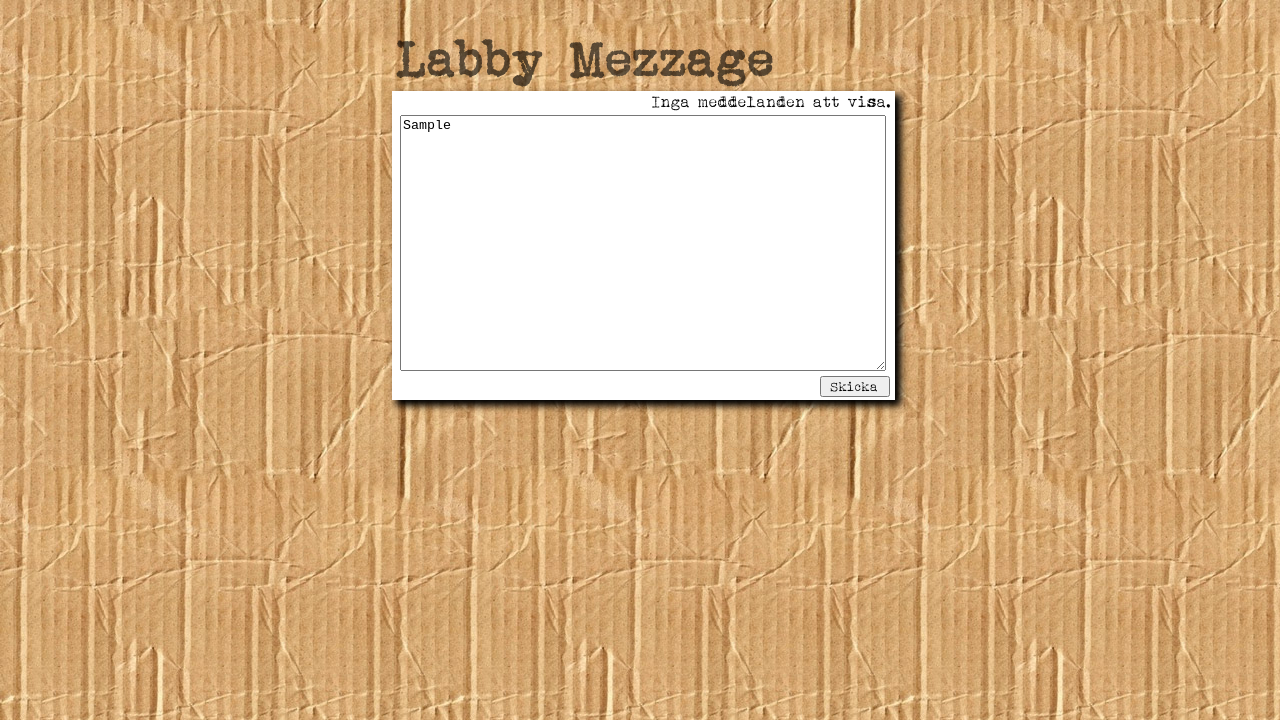
Repository: mw222rs/1dv403-laborationer
Page: 2-labbymezzage/index.html
The author's editor kept a record of every edit. The page is drawn from the files as they stood at one moment, then again after the next edit.
The browser window is 1280 px wide. The pictures show the whole page.
Empty fields were first filled with sample values (such as "Sample", 5 or name@example.com).
After loading, the first visible `#send` was clicked once.

Above is the page before.
Console error: ReferenceError: simple is not defined

After the next edit:
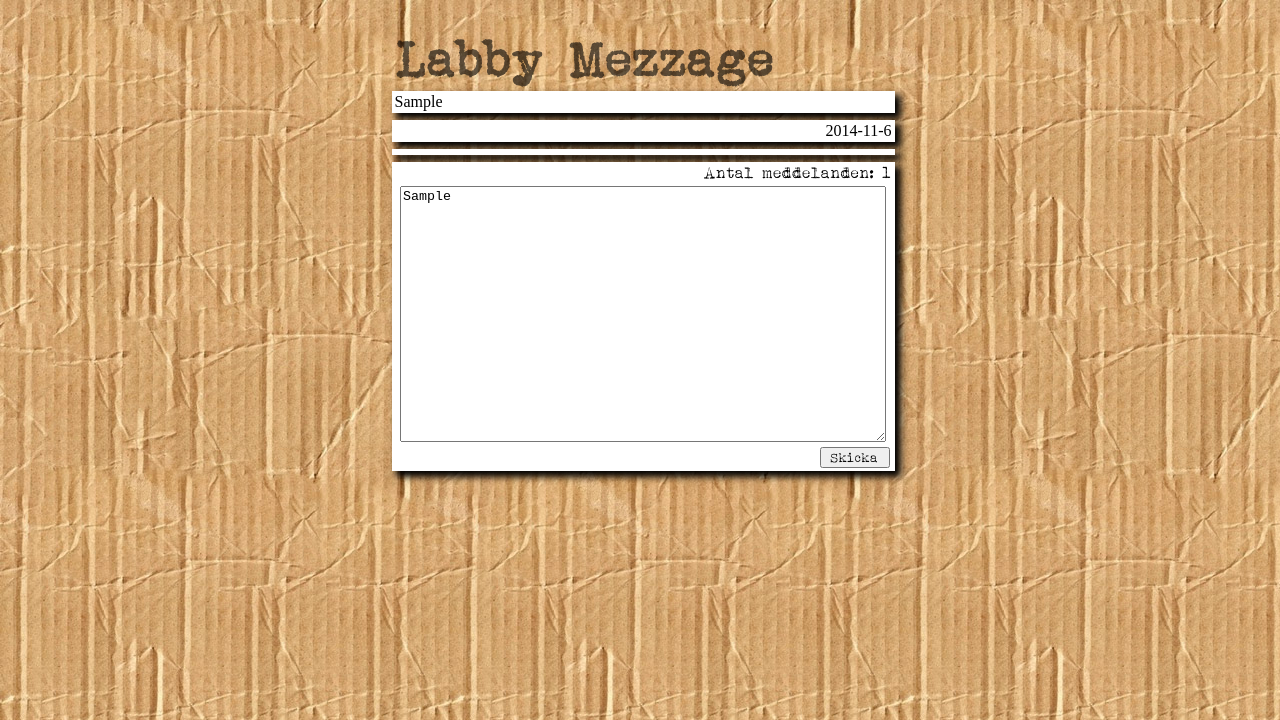
The error is gone.
The edit:
--- a/2-labbymezzage/script/message.js
+++ b/2-labbymezzage/script/message.js
@@ -31,5 +31,5 @@
 };
 
 Message.prototype.getHTMLText = function(){
-    return "<p>"+this.getText()+"<p class=\"date\">"+this.getDate(simple)+"</p>"+"</p>"
+    return "<p>"+this.getText()+"<p class=\"date\">"+this.getDate("simple")+"</p>"+"</p>"
 };
